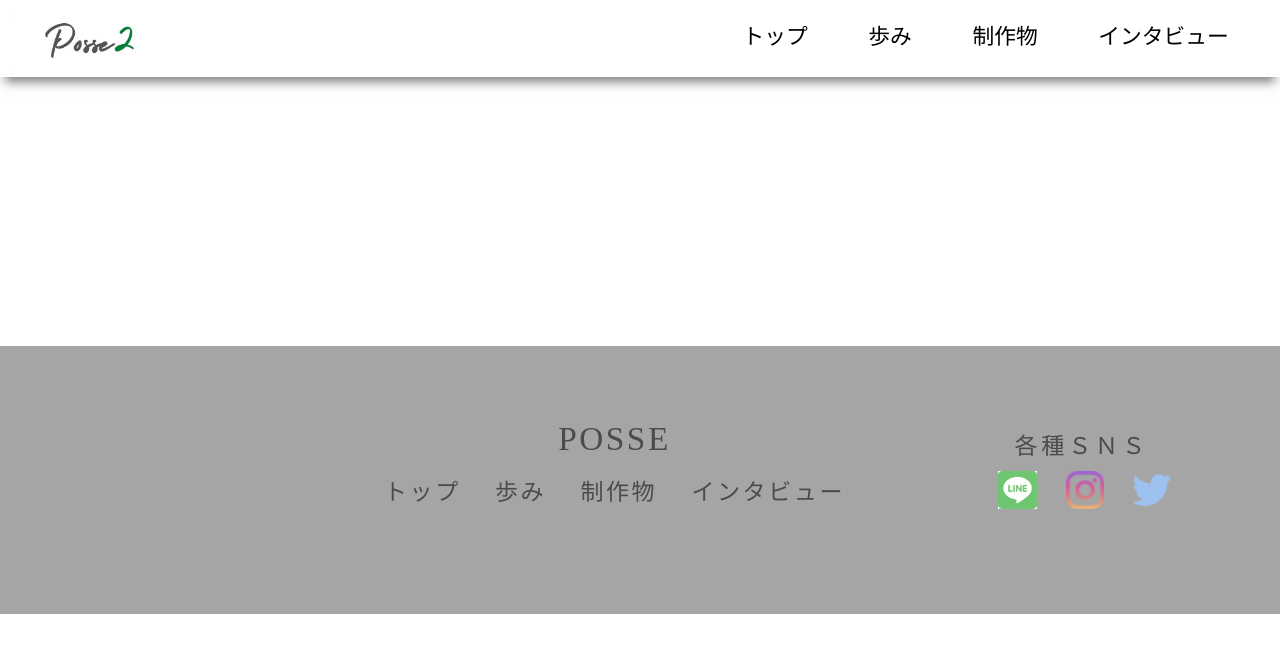
Repository: posse-ap/posse2-hackathon-202202-team2A
Page: topPage/index.html
The author's editor kept a copy of each file at every save. The page is drawn from the files as they stood at one save, then again after a run of saves.
The browser window is 1280 px wide. The pictures show the whole page.

Above is the page before, as saved 2022-02-15 02:49:40.

### topPage/index.html
<!DOCTYPE html>
<html lang="en">

<head>
    <meta charset="UTF-8" />
    <meta http-equiv="X-UA-Compatible" content="IE=edge" />
    <meta name="viewport" content="width=device-width, initial-scale=1.0" />
    <title>Document</title>
    <link rel="stylesheet" href="/reset.css" />
    <link rel="stylesheet" href="/topPage/style.css" />
</head>

<body>
    <!-- <header id="header" class="header">
        <div class="header_content">
            <div class="header_title">
                <img src="/topPage images/S__31211608.jpg" alt="" class="header_title_img">
            </div>
            <div class="header_links">
                <ul>
                    <li><a href="">トップページ</a></li>
                    <li><a href="">活動記録</a></li>
                    <li><a href="">日常の記録</a></li>
                    <li><a href="">保護者の方へ</a></li>
                </ul>
            </div>
        </div>
    </header> -->

    <header id="header" class="header">
        <div class="header_content">
            <div class="header_title">
                <img src="/topPage images/S__31211608.jpg" alt="" class="header_title_img">
            </div>
            <!-- ①サイトタイトル -->
            <div class="nav-wrapper header_links">
                <!-- ②ナビゲーションメニュー -->
                <nav class="header-nav">
                    <ul class="nav-list">
                        <li class="nav-item">
                            <a href="">トップ</a>
                        </li>
                        <li class="nav-item">
                            <a href="">歩み</a>
                        </li>
                        <li class="nav-item">
                            <a href="">制作物</a>
                        </li>
                        <li class="nav-item">
                            <a href="">インタビュー</a>
                        </li>
                    </ul>
                </nav>
            </div>
            <button class="burger-btn">
                <!-- ③ハンバーガーボタン -->
                <span class="bar bar_top"></span>
                <span class="bar bar_mid"></span>
                <span class="bar bar_bottom"></span>
            </button>
        </div>
    </header>



    <footer class="footer">
        <div class='footer_box'>
            <div class="footer_box1">
                <div class='footer_official_box'>
                    <label for="logo"><p>POSSE</p></label>
                    <!-- <a id='logo'  href="https://posse.anti-pattern.co.jp/"><img class='posse_logo_footer' src="img\posseLogo.png" alt="ポッセロゴ"></a> -->
                </div>
                <div class='footer_other_box'>
                    <div class='footer_page_in_site'>
                        <a href="">トップ</a>
                        <a href="">歩み</a>
                        <a href="">制作物</a>
                        <a href="">インタビュー</a>
                    </div>
                </div>
            </div>
            <div class='SNS'>
                <p>各種ＳＮＳ</p>
                <div class='SNS_box'>
                    <a href=""><img src="/topPage images/LINE.png" alt=""></a>
                    <a href="https://instagram.com/posse_programming?utm_medium=copy_link"><img src="/topPage images/instagram2.png" alt="instagram"></a>
                    <a href="https://twitter.com/posse_program?s=20"><img src="/topPage images/twitter2.png" alt="twitter"></a>
                </div>
            </div>
        </div>
    </footer>

    <script src="https://ajax.googleapis.com/ajax/libs/jquery/3.6.0/jquery.min.js"></script>
    <script src="/topPage/script.js"></script>
</body>

</html>

### topPage/style.css
html {
    font-size: 1vw;
}

body {
    text-align: center;
    margin: 0 auto;
    font-family: "ヒラギノ丸ゴ Pro W4", "ヒラギノ丸ゴ Pro", "Hiragino Maru Gothic Pro", "ヒラギノ角ゴ Pro W3", "Hiragino Kaku Gothic Pro", "HG丸ｺﾞｼｯｸM-PRO", "HGMaruGothicMPRO";
}

.header_content {
    width: 95%;
    height: 90%;
    display: flex;
    justify-content: space-between;
    opacity: 1;
    margin: 0 6rem 0.3rem 1rem;
}

.header_title {
    display: flex;
}

.header_title_img {
    display: block;
    width: 12rem;
    height: 4rem;
    opacity: 1;
}



.header_links {
    width: 40%;
    padding: 1rem 0 0 0;
}

.header_links ul {
    display: flex;
    justify-content: space-between;
}

.header_links li a {
    display: block;
    color: black;
    text-decoration: none;
    font-size: 1.7rem;
}

.header_links li a:hover {
    opacity: 0.4;
    transform: translate(0, -5px);
}


.header {
    width: 100%;
    height: 6rem;
    background: white;
    position: fixed;
    top: 0;
    left: 0;
    padding-top: 1.1rem;
    box-sizing: border-box;
    z-index: 5;
    box-shadow: 0px 10px 10px -5px rgba(0, 0, 0, 0.5);
}

.SNS_box{
    width: 150%;
}


/* -------------------- */
/* header
  /* -------------------- */
/* .header {
    align-items: center;
    background-color: #1b1310;
    border-bottom: 1px solid #fff;
    color: #fff;
    display: flex;
    height: 74px;
    justify-content: space-between;
    padding: 0 120px;
} */

/* .nav-list {

    display: flex;
} */

/* .nav-item {

    margin-right: 55px;
} */

.burger-btn {
    display: none;
}

/* ------------------ */
/* fv
  /* ------------------ */
.fv {
    align-items: center;
    background-color: #141414;
    background-image: url(../img/fv-bgi@2x.jpg);
    background-position: center;
    background-size: cover;
    display: flex;
    flex-direction: column;
    height: 90vh;
    justify-content: center;
}

/* .main-copy {
    border: 2px solid #fff;
    color: #fff;
    font-size: 50px;
    font-weight: bold;
    padding: 34px 42px;
} */

/* ------------------ */
/* about
  /* ------------------ */
.section-title {
    font-size: 36px;
    font-weight: bold;
    letter-spacing: .05em;
    margin-bottom: 70px;
    text-align: center;
}

h3 {
    font-size: 2.4rem;
    font-weight: bold;
    letter-spacing: .1em;
    line-height: 2;
    margin-bottom: 40px;
}

.section-wrapper {
    padding: 100px 10% 50px;
}

@media screen and (min-width:541px) and (max-width:1024px) {
    .header{
        height: 10rem;
    }

    .header_content{
        padding-top: 2rem;
    }

    .header_title_img{
        width: 100%;
        height: 70%;
    }

    .header_links li a{
        font-size: 2.7rem;
        margin-top: 0;
    }

    .header_links{
        width: 50%;
    }
}

@media screen and (max-width:540px) {

    /* ----------------------- */
    /* base_sp
    /* ----------------------- */
    /* デフォルトのbuttonスタイルをリセット */
    button {
        -webkit-appearance: none;
        -moz-appearance: none;
        appearance: none;
        background: transparent;
        border: 0;
        border-radius: 0;
        color: inherit;
        cursor: pointer;
        font: inherit;
        margin: 0;
        outline: none;
        padding: 0;
        vertical-align: middle;
    }

    /* ------------------ */
    /* humberger-menu */
    /* ------------------ */
    .header {
        padding: 0;
        height: 15rem;
    }

    .header_title_img{
        margin-top: 2rem;
        width: 30rem;
        height: 10rem;
    }

    /* 以下、ハンバーガーボタン */
    .burger-btn {
        display: block;
        height: 22%;
        position: relative;
        width: 20%;
        z-index: 3;
        /* codepenの挙動のため */
        background-color: transparent;
        border: none;
        margin-top: 6rem;
    }



    .bar {
        background-color: black;
        display: block;
        height: 0.1rem;
        left: 50%;
        position: absolute;
        transform: translateX(-50%);
        width: 7rem;
    }

    .bar_top {
        top: 3rem;
    }

    .bar_mid {
        top: 50%;
        transform: translate(-50%, -50%);
    }

    .bar_bottom {
        bottom: 3rem;
    }

    .burger-btn.close{
        margin-top: 8.4rem;
    }

    .burger-btn.close .bar_top {
        transform: translate(-50%,-4.3rem) rotate(45deg);
        transition: transform .3s;
    }

    .burger-btn.close .bar_mid {
        opacity: 0;
        transition: opacity .3s;
    }

    .burger-btn.close .bar_bottom {
        transform: translate(-50%, -1rem) rotate(-45deg);
        transition: transform .3s;
    }

    /* スクロール制御 */
    .noscroll {
        overflow: hidden;
    }

    /* 以下、ハンバーガーメニュー */
    .nav-wrapper {
        visibility: hidden;
        height: 100vh;
        left: 0;
        position: fixed;
        top: 0;
        width: 100vw;
        opacity: 0;
        transition: opacity .5s;
        z-index: 2;
        /*キービジュアルと.btn_triggerとの重なりの前後関係を調整*/
    }

    .header-nav {
        background-color: white;
        height: 100%;
        width: 100%;
        z-index: 2;
    }

    .header_links ul{
        display: block;
    }

    .nav-list {
        display: block;
        left: 50%;
        position: absolute;
        text-align: center;
        top: 50%;
        transform: translate(-50%, -50%);
    }

    .nav-item {
        margin-bottom: 40px;
        margin-right: 0;
    }

    .header_links li a{
        font-size: 5rem;
    }

    /* メニューオープン時 */
    .nav-wrapper.fade {
        opacity: 1;
        visibility: visible;
    }

    /* ------------------ */
    /* fv */
    /* ------------------ */
    .main-copy {
        font-size: 30px;
    }

    /* ------------------ */
    /* about */
    /* ------------------ */
    h3 {
        font-size: 20px;
        margin-bottom: 30px;
    }

    .section-wrapper {
        padding: 100px 5% 50px;
    }
}

/* ふったー */
.footer {
    background-color: grey;
    opacity: 0.7;
}

.footer_box {
    width: 65%;
    height: 15rem;
    display: flex;
    justify-content: space-between;
    padding: 6rem 0 0 0;
    position: relative;
    right: -23%;
    margin-top: 27rem;
}

.footer_box1{
    margin-left: 4rem;
}

.footer_official_box label p {
    color: black;
    font-size: 2.6rem;
    letter-spacing: 0.2rem;
}

.footer_official_box label p:hover {
    opacity: 0.4;
    transform: translate(0, -5px);
}

.footer_page_in_site a {
    color: black;
    text-decoration: none;
    font-size: 1.8rem;
    letter-spacing: 0.2rem;
}

.footer_page_in_site a:hover {
    opacity: 0.4;
    transform: translate(0, -5px);
}

.SNS {
    width: 20%;
}

.SNS_box a {
    margin: 1rem;
}

.SNS_box a img {
    width: 3rem;
    height: 3rem;
}

.SNS_box a :hover {
    opacity: 0.4;
    transform: translate(0, -5px);
}

.SNS p {
    color: black;
    font-size: 1.8rem;
    margin: 1rem 0;
    letter-spacing: 0.3rem;
    width: 19rem;
}

/* .SNS p:hover {
    opacity: 0.4;
    transform: translate(0, -5px);
} */

.posse_logo_footer {
    width: 80%;
    height: 40%;
}

.footer_other_box {
    font-size: 1.5rem;
    letter-spacing: 0.3rem;
    margin: 2rem;
}

.footer_page_in_site a {
    margin: 0 1rem;
}

@media screen and (min-width:541px) and (max-width:1024px) {
    .footer{
        height: 30rem;
    }

    .footer_official_box label p{
        font-size: 7rem;
    }

    .SNS p{
        display: block;
        margin: 3rem auto;
        font-size: 3rem;
        white-space: nowrap
    }

    .footer_page_in_site a{
        font-size: 3rem;
    }

    .footer_box{
        display: block;
        right: -13%;
    }

    .SNS{
        margin: 0 auto;
        width: 100%;
    }


    .footer_official_box label p{
        font-size: 4rem;
    }

    .SNS_box a img {
        width: 5rem;
        height: 5rem;
    }
}


@media screen and (max-width:540px) {
    .footer_box {
        display: block;
        height: 20rem;
        margin:  20rem 0;
        right: -5%;
        width: 90%;
    }

    .footer_official_box label p{
        font-size: 10rem;
    }

    .footer_page_in_site a{
        font-size: 5rem;
        display: block;
    }

    .footer_page_in_site{
        display: block;
        line-height: 7rem;
    }

    .footer{
        height: 70rem;
    }

    .SNS{
        margin: 0 auto;
        width: 100%;
    }

    .SNS p{
        display: block;
        width: 50rem;
        margin: 3rem auto;
        font-size: 7rem;
        white-space: nowrap
    }

    .SNS_box a img {
        width: 7rem;
        height: 7rem;
    }
}

### topPage/script.js
$('.burger-btn').on('click', function () {//.btn_triggerをクリックすると
    $('.burger-btn').toggleClass('close');//.btn_triggerにcloseクラスを付与(ボタンのアニメーション)
    $('.nav-wrapper').toggleClass('fade');//.nav-wrapperに
    $('body').toggleClass('noscroll');//bodyにnoscrollクラスを付与(スクロールを固定)
});

Loaded but not shown: reset.css (common file)

After the next 2 saves:
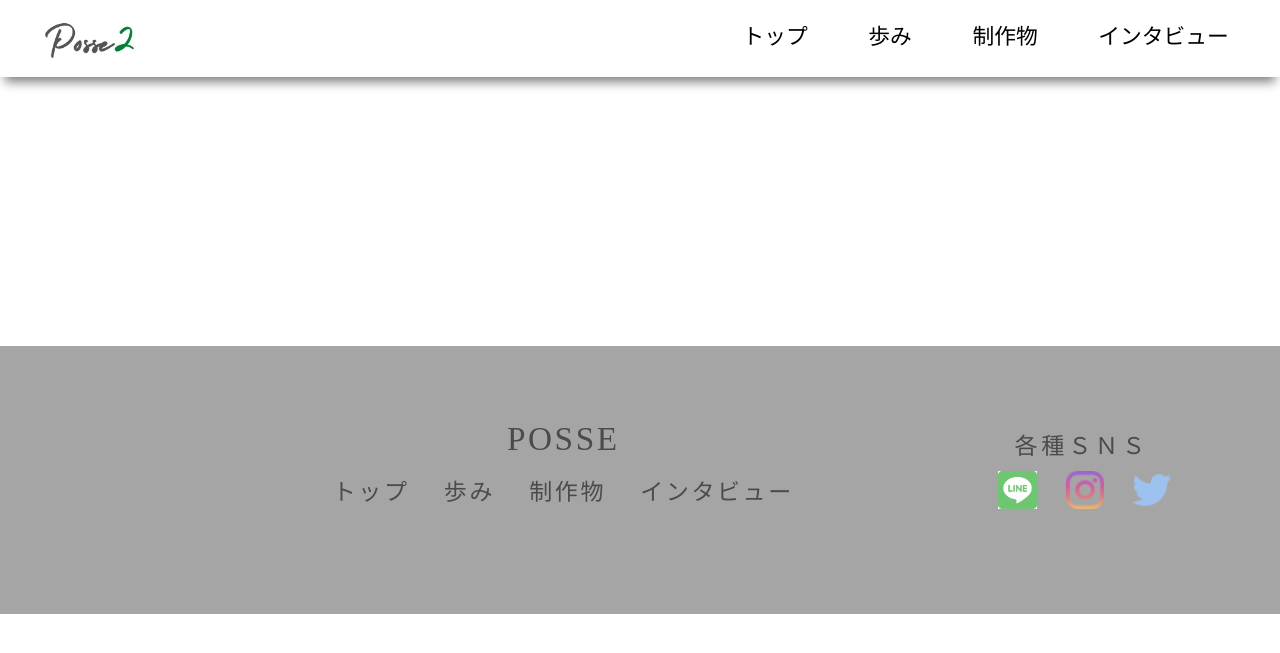
The 2 saves are shown as one change because they came seconds apart.
The last was saved 49 s later.
--- a/topPage/style.css
+++ b/topPage/style.css
@@ -354,7 +354,7 @@ h3 {
 }
 
 .footer_box1{
-    margin-left: 4rem;
+    margin-left: ;
 }
 
 .footer_official_box label p {
